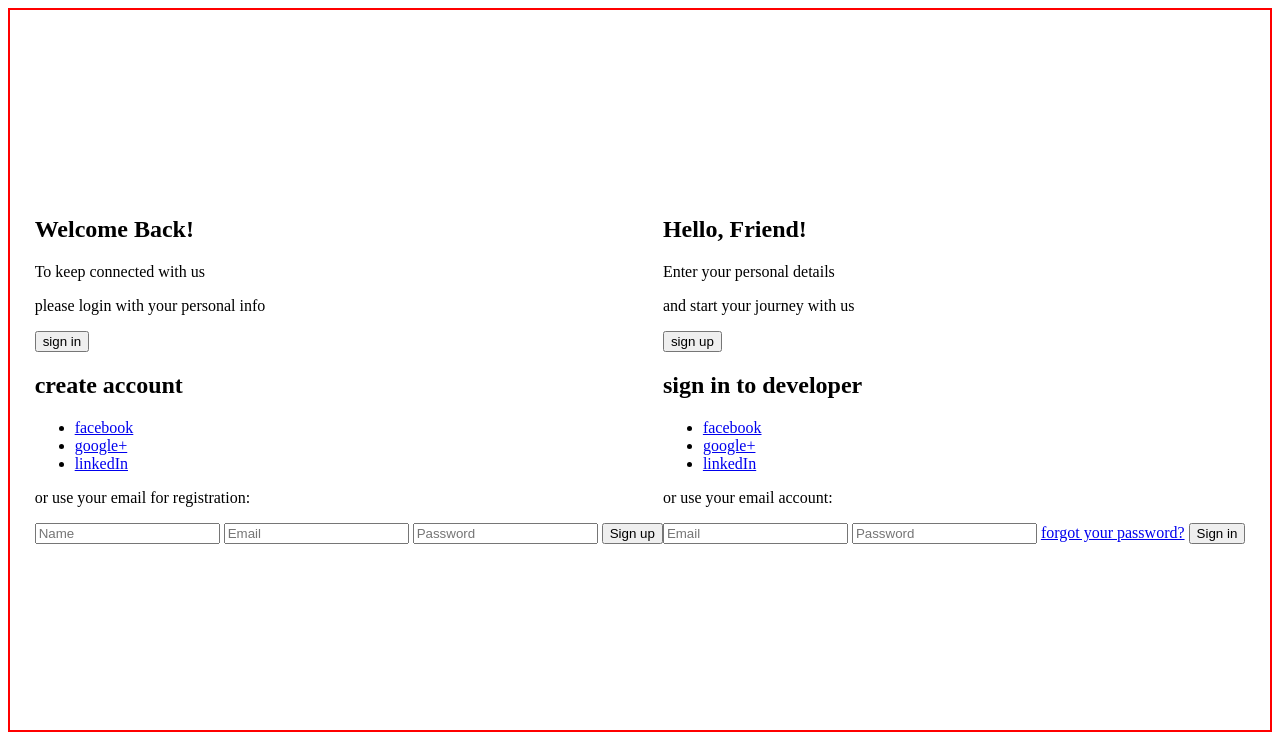
Repository: Gcodeco/ii9Telecom
Page: dist/public/login.html
The author's editor kept a copy of each file at every save. The page is drawn from the files as they stood at one save, then again after the next save.
The browser window is 1280 px wide. The pictures show the whole page.

Above is the page before, as saved 2024-10-29 21:55:40.

### dist/public/login.html
<!DOCTYPE html>
<html lang="en">
<head>
    <meta charset="UTF-8">
    <meta name="viewport" content="width=device-width, initial-scale=1.0">
    <title>Document</title>
    <link rel="stylesheet" href="css/style.css">
</head>
<body>
    <div class="container-login">
        <div class="content first content">
            <div class="first column">
                <h2 class="title">Welcome Back!</h2>
                <p class="description">To keep connected with us</p>
                <p class="description">please login with your personal info</p>
                <button class="btn">sign in</button>
            </div>
            <div class="second column">
                <h2 class="title">create account</h2>
                <div class="social-media">
                    <ul>
                        <li class="li"><a href="#">facebook</a></li>
                        <li class="li"><a href="#">google+</a></li>
                        <li class="li"><a href="#">linkedIn</a></li>
                    </ul>
                </div>
                <p class="description">or use your email for registration:</p>
                <form class="form">
                    <input type="text" placeholder="Name">
                    <input type="text" placeholder="Email">
                    <input type="text" placeholder="Password">
                    <button class="btn">Sign up</button>
                </form>
            </div>
        </div>
        <div class="content second content">
            <div class="content first content">
                <div class="first column">
                    <h2 class="title">Hello, Friend!</h2>
                    <p class="description">Enter your personal details</p>
                    <p class="description">and start your journey with us</p>
                    <button class="btn">sign up</button>
                </div>
                <div class="second column">
                    <h2 class="title">sign in to developer</h2>
                    <div class="social-media">
                        <ul>
                            <li class="li"><a href="#">facebook</a></li>
                            <li class="li"><a href="#">google+</a></li>
                            <li class="li"><a href="#">linkedIn</a></li>
                        </ul>
                    </div>
                    <p class="description">or use your email account:</p>
                    <form class="form">
                        <input type="text" placeholder="Email">
                        <input type="text" placeholder="Password">
                        <a href="#">forgot your password?</a>
                        <button class="btn">Sign in</button>
                    </form>
                </div>
            </div>
        </div>
    </div>
</body>
</html>

### dist/public/css/style.css
.container-login{
    display: flex;
    border: 2px solid red;
    justify-content: center;
    align-items: center;
    height: 100vh;
}

After the next save:
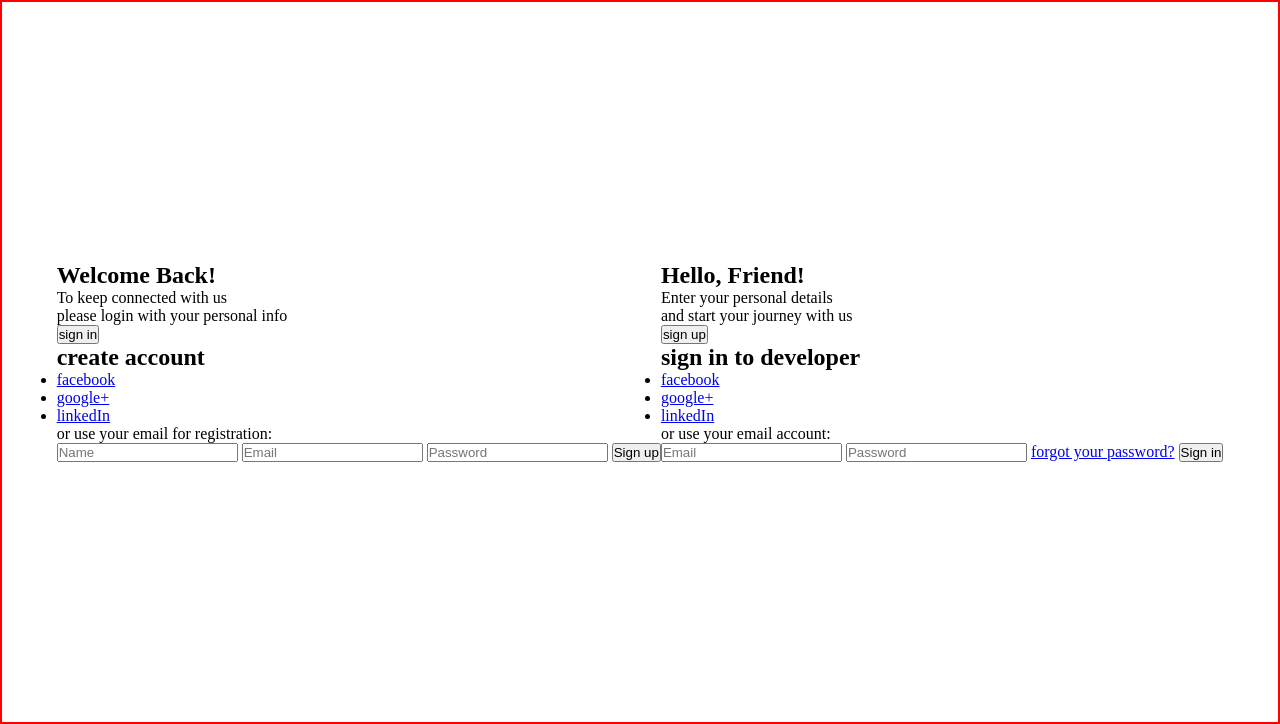
Saved 3 min 21 s later.
--- a/dist/public/css/style.css
+++ b/dist/public/css/style.css
@@ -1,3 +1,8 @@
+* {
+    margin: 0;
+    padding: 0;
+    box-sizing: 0;
+}
 .container-login{
     display: flex;
     border: 2px solid red;
